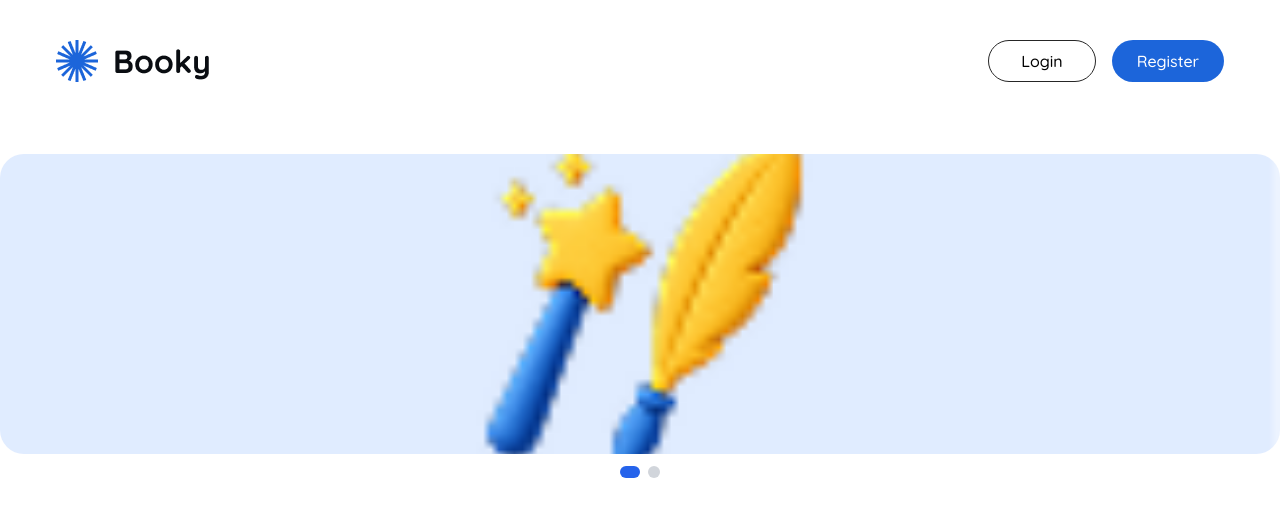
Repository: faridsyafaat/library-app
Page: /
An editor plug-in stored every save of this project. The page is shown before and after the next save, followed by the edit.
The browser window is 1280 px wide. The pictures show the whole page.
The page's requests for data from a server got no answer. The project was rebuilt for these pictures with package versions that can differ from the ones it lists, and the page was loaded fresh each time. No one was signed in, and anything a server would have sent is missing. Also part of the build but not shown: vite.config.ts, src/pages/Login.tsx, src/pages/Register.tsx, src/components/home/FilterBar.tsx, src/components/book/BookCard.tsx, src/components/book/Booklist.tsx, src/components/ui/Pagination.tsx, src/redux/store.ts and 4 more.

Above is the page before, as saved 2025-11-24 13:59:41.

After the next save:
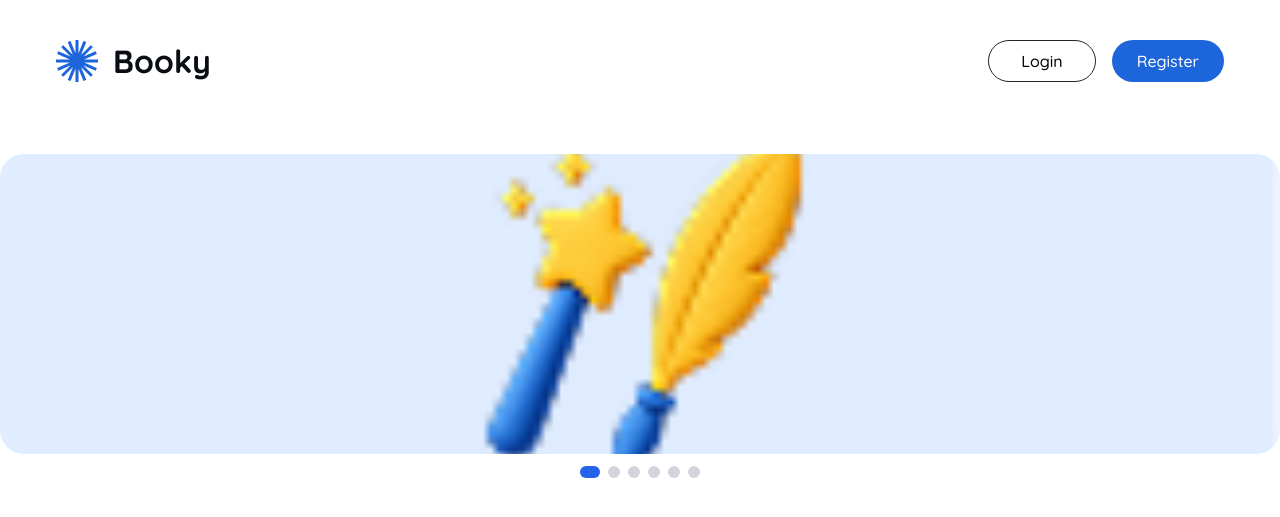
Saved 6 min 49 s later.
--- a/src/components/sections/HeroSection.tsx
+++ b/src/components/sections/HeroSection.tsx
@@ -15,6 +15,10 @@
   const slides = [
     "/image/hero1.png",
     "/image/hero2.png",
+    "/image/hero3.png",
+    "/image/hero4.png",
+    "/image/hero5.png",
+    "/image/hero6.png",
   ];
 
   return (
